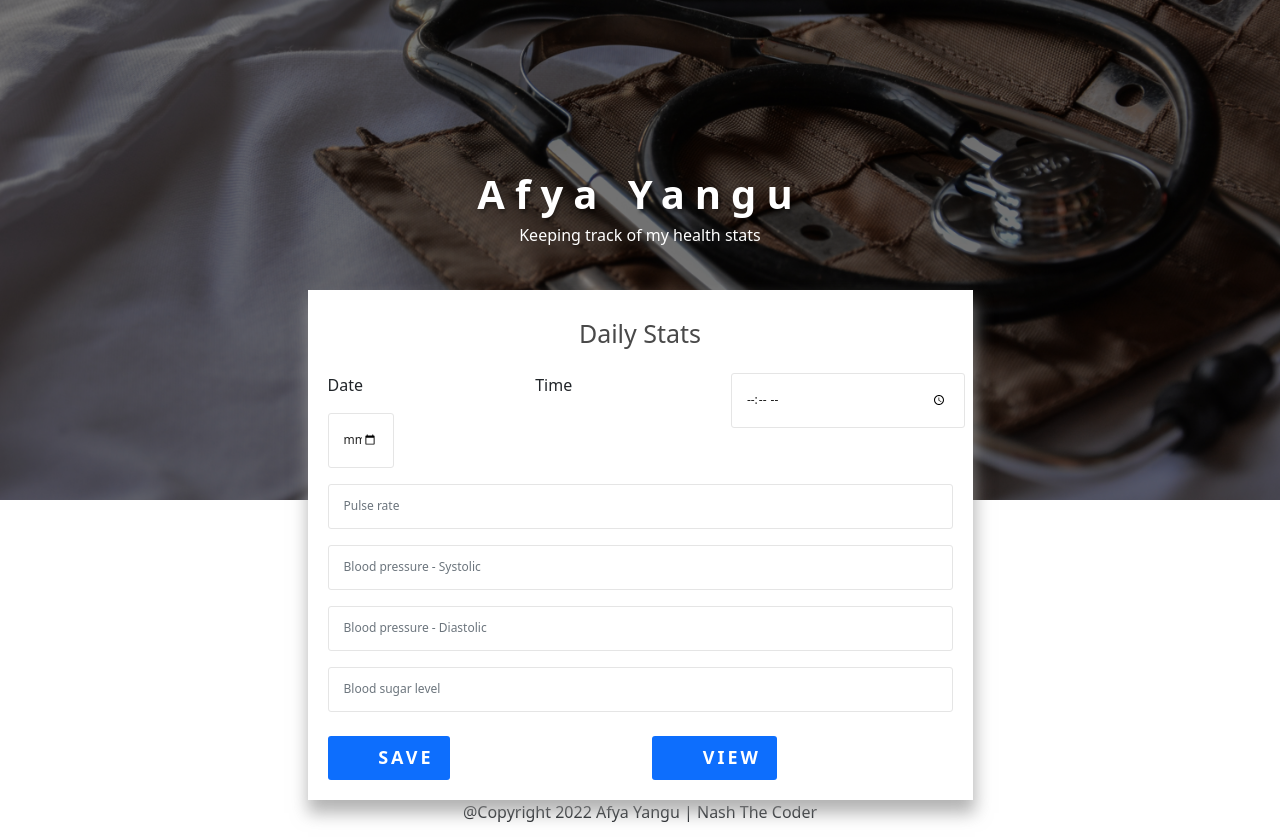
Repository: nashthecoder/afya_yangu
Page: /
An editor plug-in stored every save of this project. The page is shown before and after a run of saves, followed by the edit.
The browser window is 1280 px wide. The pictures show the whole page.
The project was rebuilt for these pictures with package versions that can differ from the ones it lists, and the page was loaded fresh each time.

Above is the page before, as saved 2022-02-27 16:31:06.

After the next 2 saves:
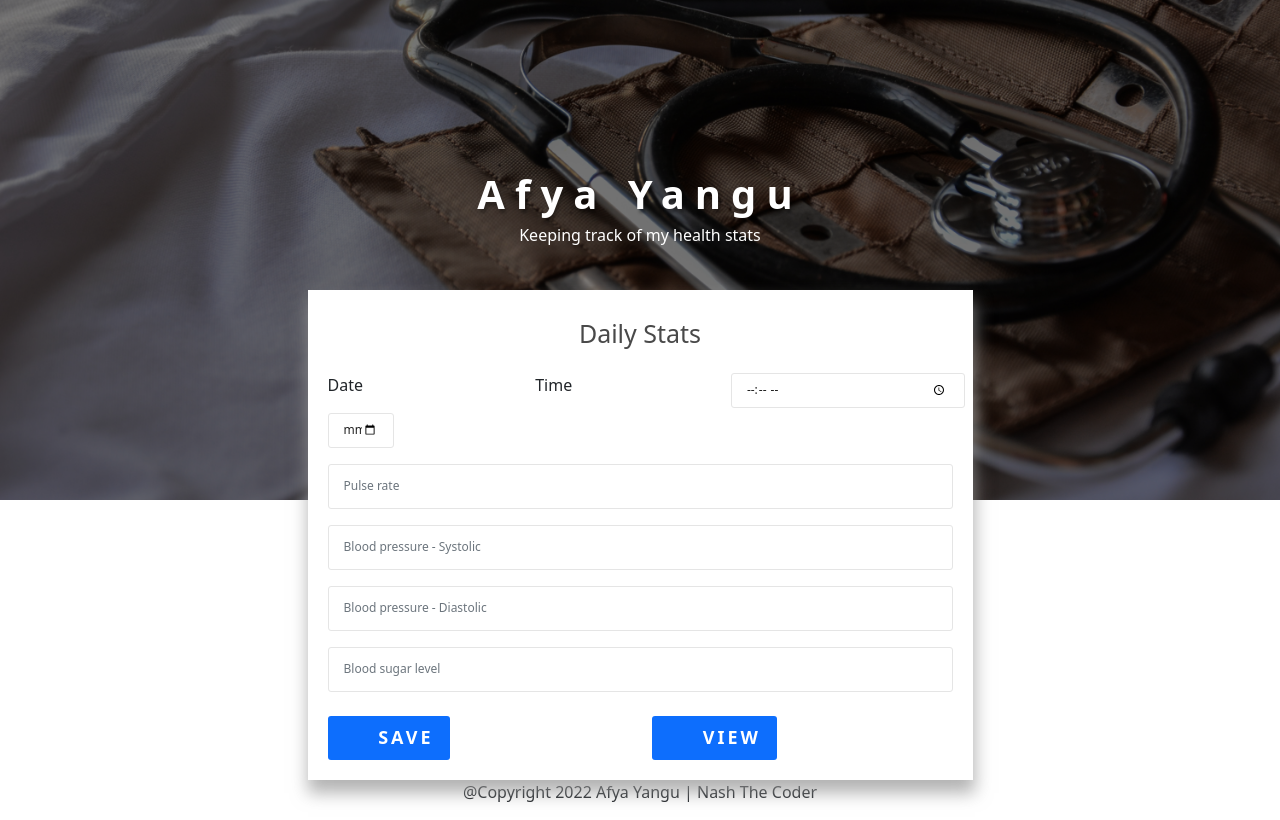
The 2 saves are shown as one change because they came seconds apart.
The last was saved 8 s later.
--- a/src/style.scss
+++ b/src/style.scss
@@ -59,7 +59,7 @@ input.form-control-short {
     background: $white;
     padding: 0 15px;
     width: 36%;
-    height: 55px;
+    height: 35px;
     line-height: 46px;
     outline: none;
     border: 1px solid #e5e5e5;
